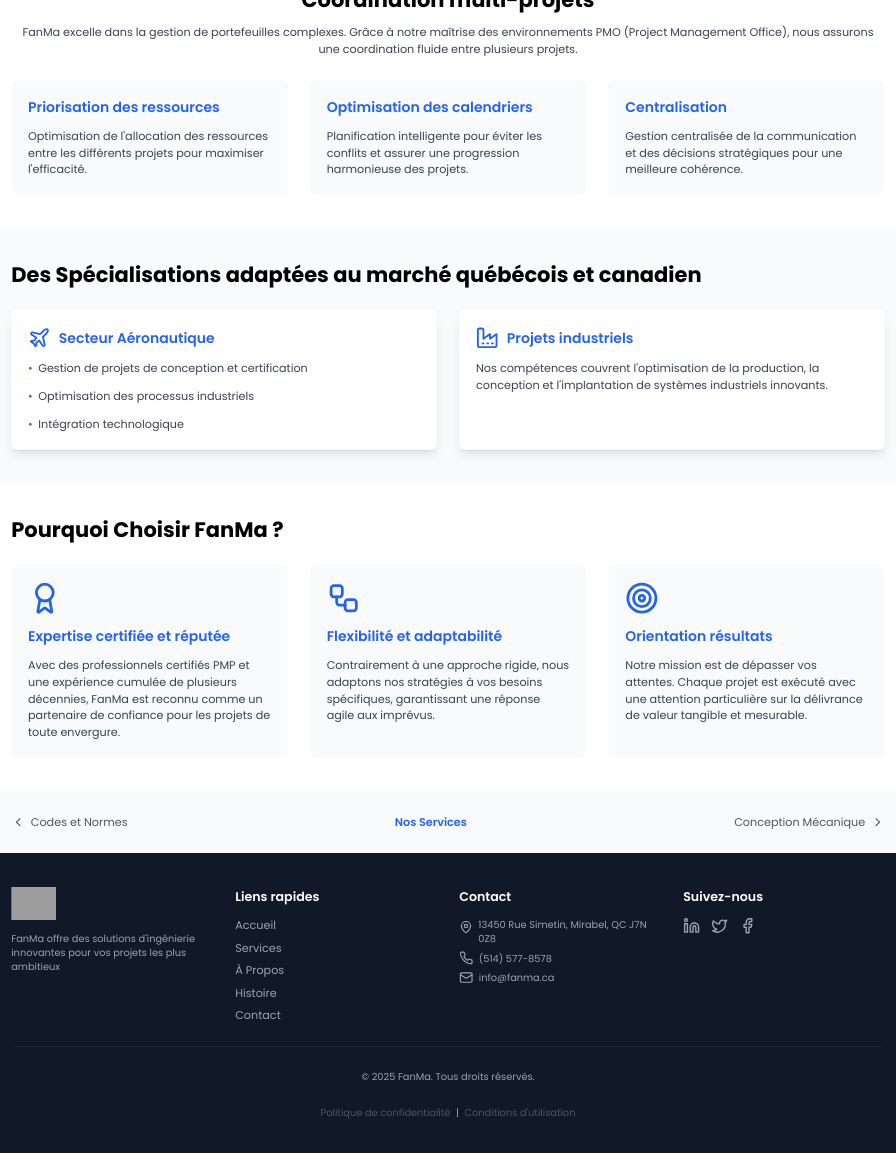
Repository: yannick930424/fanma-website
Page: /services/management
The author's editor kept a copy of each file at every save. The page is drawn from the files as they stood at one save, then again after the next save.
The browser window is 1280 px wide. The pictures show the part of the page from y = 1461 to 3381 px (the page is 3109 px tall before and 3381 px after), at 70% of full size.
Pictures or frames that could not be fetched are drawn as grey boxes. The page's requests for data from a server got no answer. The project was rebuilt for these pictures with package versions that can differ from the ones it lists, and the page was loaded fresh each time. No one was signed in, and anything a server would have sent is missing. Also part of the build but not shown: vite.config.ts, src/pages/services/CFD1Analysis.tsx, src/pages/services/CFD2Analysis.tsx, src/pages/legal/Legal.tsx, src/pages/legal/PrivacyPolicy.tsx, src/pages/legal/TermsOfUse.tsx.

Above is the page before, as saved 2025-01-26 21:59:39.

After the next save:
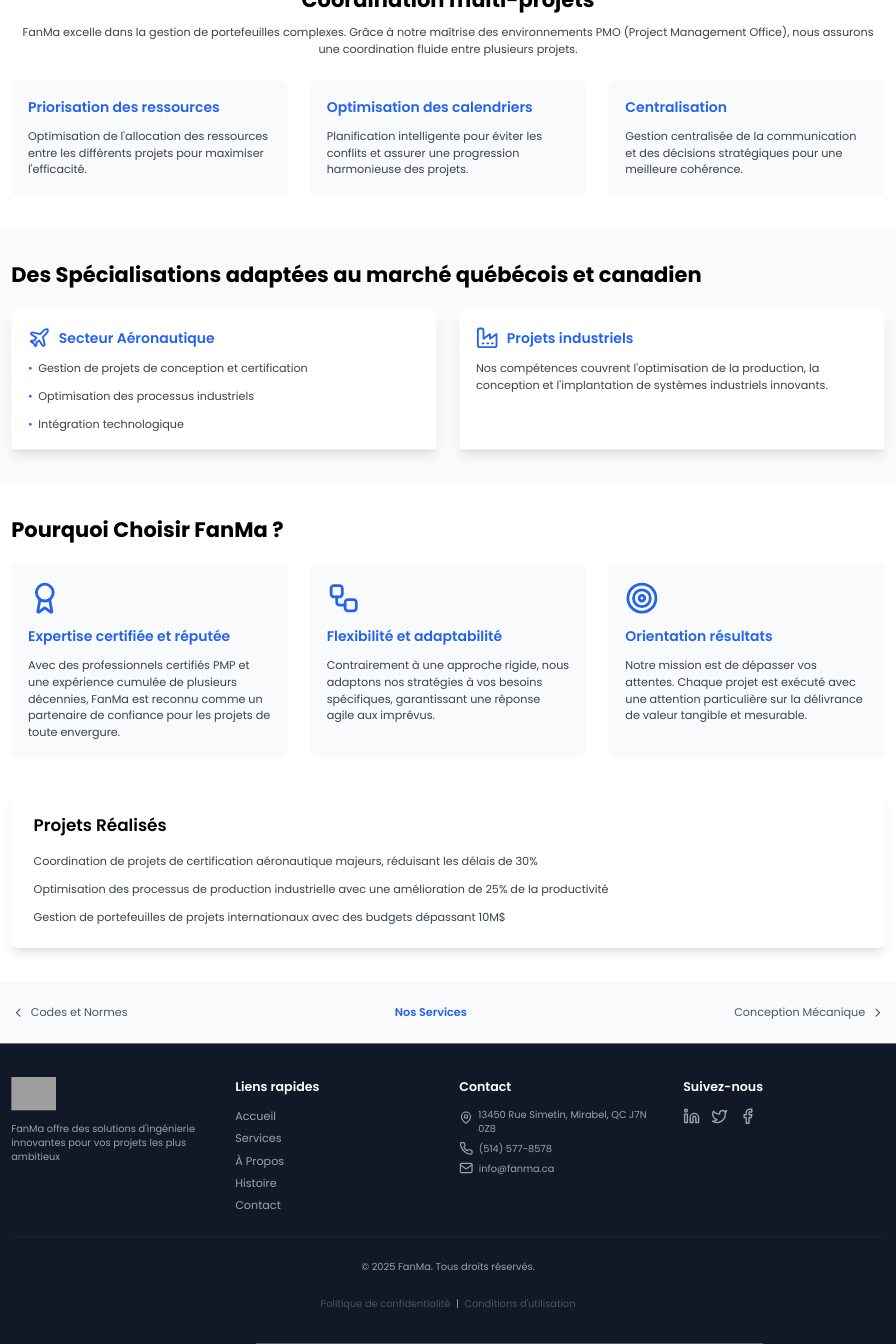
Saved 17 s later.
--- a/src/components/services/management/WhyChooseSection.tsx
+++ b/src/components/services/management/WhyChooseSection.tsx
@@ -1,39 +1,43 @@
 import React from 'react';
 import { Award, Workflow, Target } from 'lucide-react';
+import { useLanguage } from '../../../hooks/useLanguage';
+import { translations } from '../../../i18n/translations';
 
 export default function WhyChooseSection() {
+  const { language } = useLanguage();
+  const t = translations[language].services.management.whyChoose;
+
+  const icons = [Award, Workflow, Target];
+
   return (
     <section className="py-12 bg-white">
       <div className="max-w-7xl mx-auto px-4">
-        <h2 className="text-3xl font-bold mb-8">Pourquoi Choisir FanMa ?</h2>
+        <h2 className="text-3xl font-bold mb-8">{t.title}</h2>
 
         <div className="grid md:grid-cols-3 gap-8">
-          <div className="bg-gray-50 p-6 rounded-lg">
-            <Award className="w-12 h-12 text-blue-600 mb-4" />
-            <h3 className="text-xl font-semibold text-blue-600 mb-4">Expertise certifiée et réputée</h3>
-            <p className="text-gray-700">
-              Avec des professionnels certifiés PMP et une expérience cumulée de plusieurs décennies,
-              FanMa est reconnu comme un partenaire de confiance pour les projets de toute envergure.
-            </p>
-          </div>
+          {t.reasons.map((reason, index) => {
+            const Icon = icons[index];
+            return (
+              <div key={index} className="bg-gray-50 p-6 rounded-lg">
+                <Icon className="w-12 h-12 text-blue-600 mb-4" />
+                <h3 className="text-xl font-semibold text-blue-600 mb-4">
+                  {reason.title}
+                </h3>
+                <p className="text-gray-700">
+                  {reason.description}
+                </p>
+              </div>
+            );
+          })}
+        </div>
 
-          <div className="bg-gray-50 p-6 rounded-lg">
-            <Workflow className="w-12 h-12 text-blue-600 mb-4" />
-            <h3 className="text-xl font-semibold text-blue-600 mb-4">Flexibilité et adaptabilité</h3>
-            <p className="text-gray-700">
-              Contrairement à une approche rigide, nous adaptons nos stratégies à vos besoins spécifiques,
-              garantissant une réponse agile aux imprévus.
-            </p>
-          </div>
-
-          <div className="bg-gray-50 p-6 rounded-lg">
-            <Target className="w-12 h-12 text-blue-600 mb-4" />
-            <h3 className="text-xl font-semibold text-blue-600 mb-4">Orientation résultats</h3>
-            <p className="text-gray-700">
-              Notre mission est de dépasser vos attentes. Chaque projet est exécuté avec une attention
-              particulière sur la délivrance de valeur tangible et mesurable.
-            </p>
-          </div>
+        <div className="mt-12 bg-white p-8 rounded-lg shadow-lg">
+          <h3 className="text-2xl font-semibold mb-6">{t.projects.title}</h3>
+          <ul className="space-y-4 text-gray-700">
+            {t.projects.examples.map((example, index) => (
+              <li key={index}>{example}</li>
+            ))}
+          </ul>
         </div>
       </div>
     </section>
